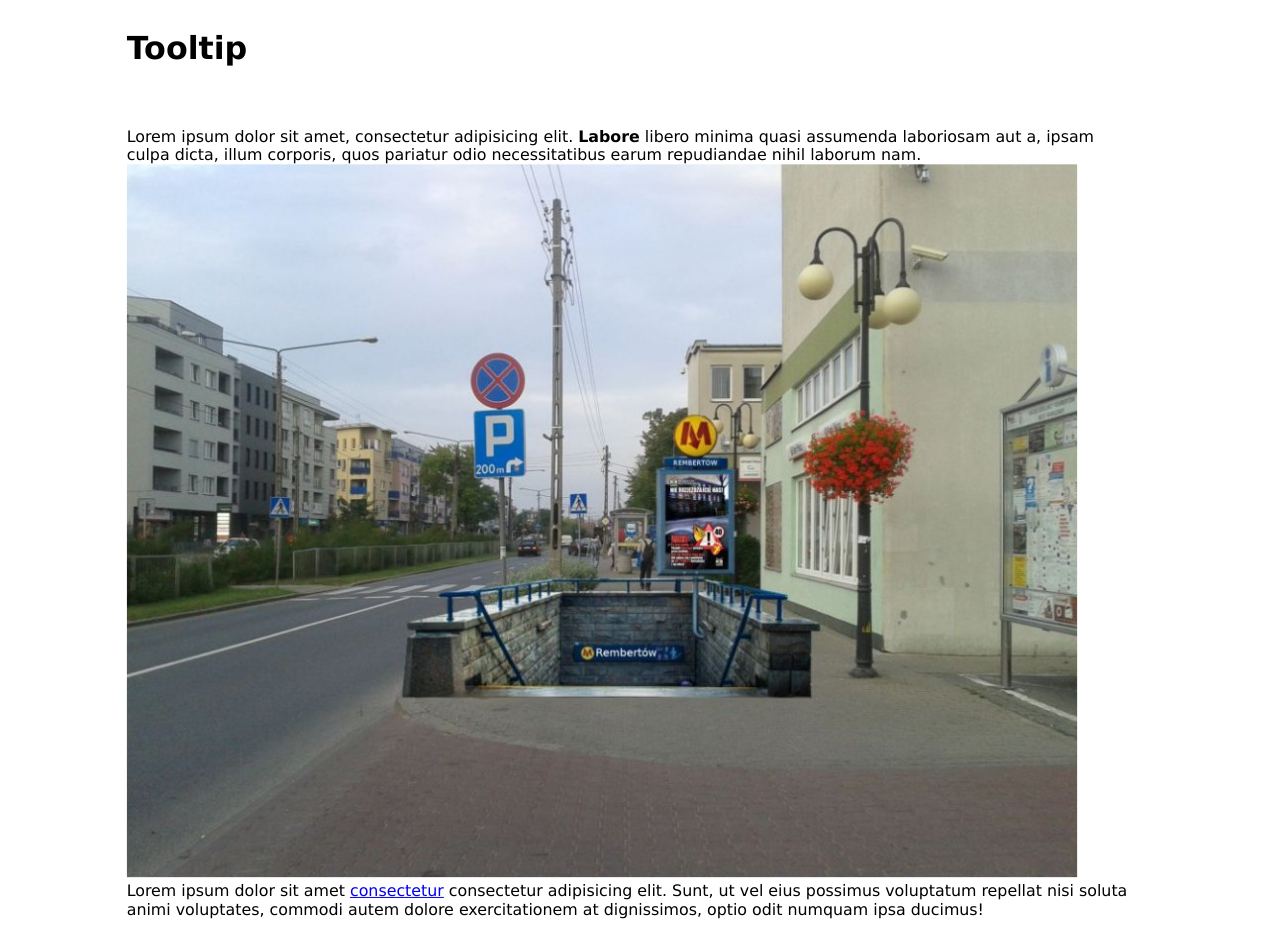
Repository: michal198711/change-toolkit-dom
Page: index.html
An editor plug-in stored every save of this project. The page is shown before and after a run of saves, followed by the edit.
The browser window is 1280 px wide. The pictures show the whole page, at 99% of full size.

Above is the page before, as saved 2021-07-31 14:10:50.

After the next 3 saves:
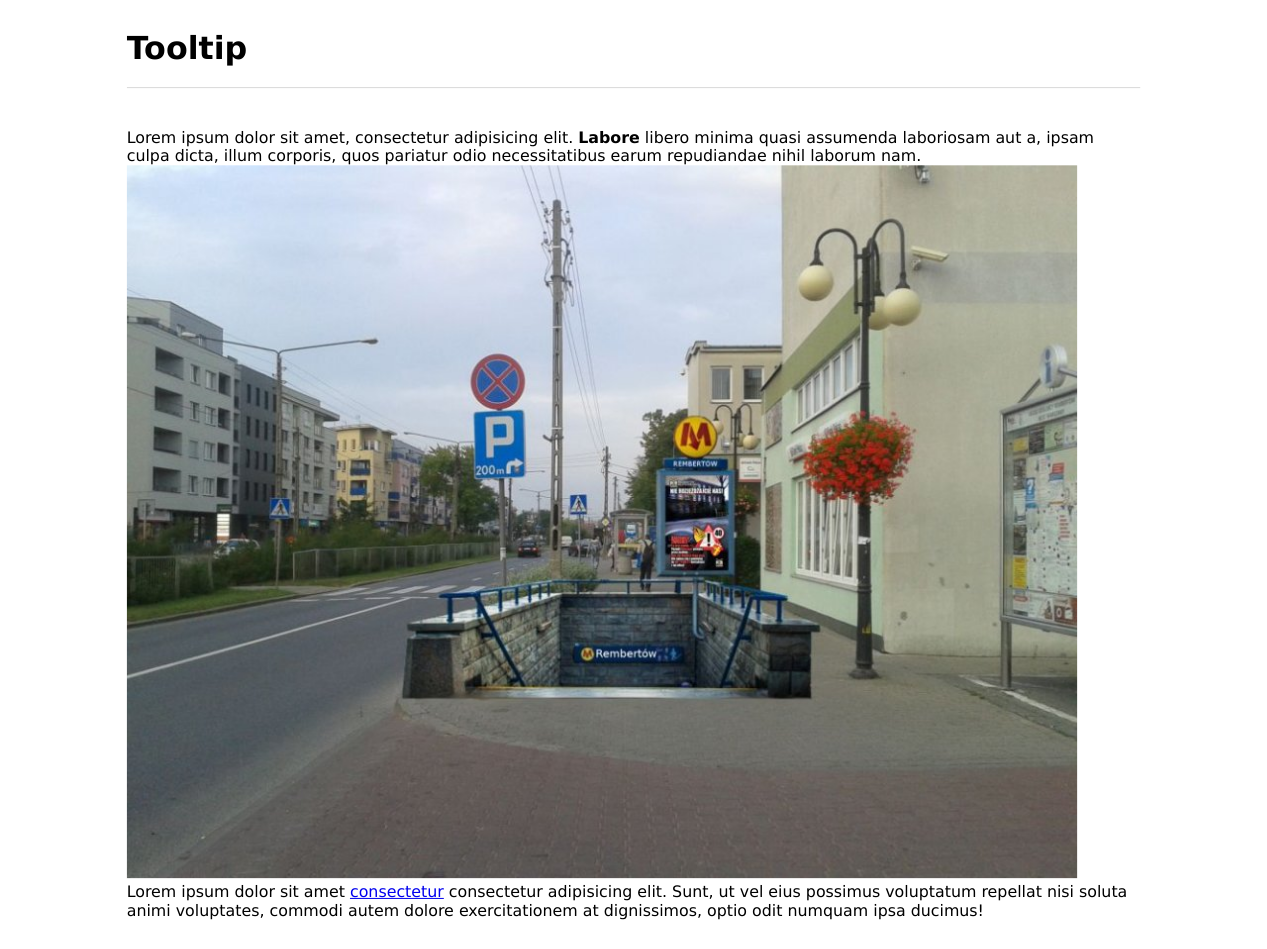
The 3 saves are shown as one change because they came seconds apart.
The last was saved 8 s later.
--- a/style.css
+++ b/style.css
@@ -14,5 +14,5 @@
 h1{
     padding-bottom: 20px;
     margin-bottom:40px;
-    border-bottom: 1px #D8d8d8
+    border-bottom: 1px #D8d8d8 solid;
 }
